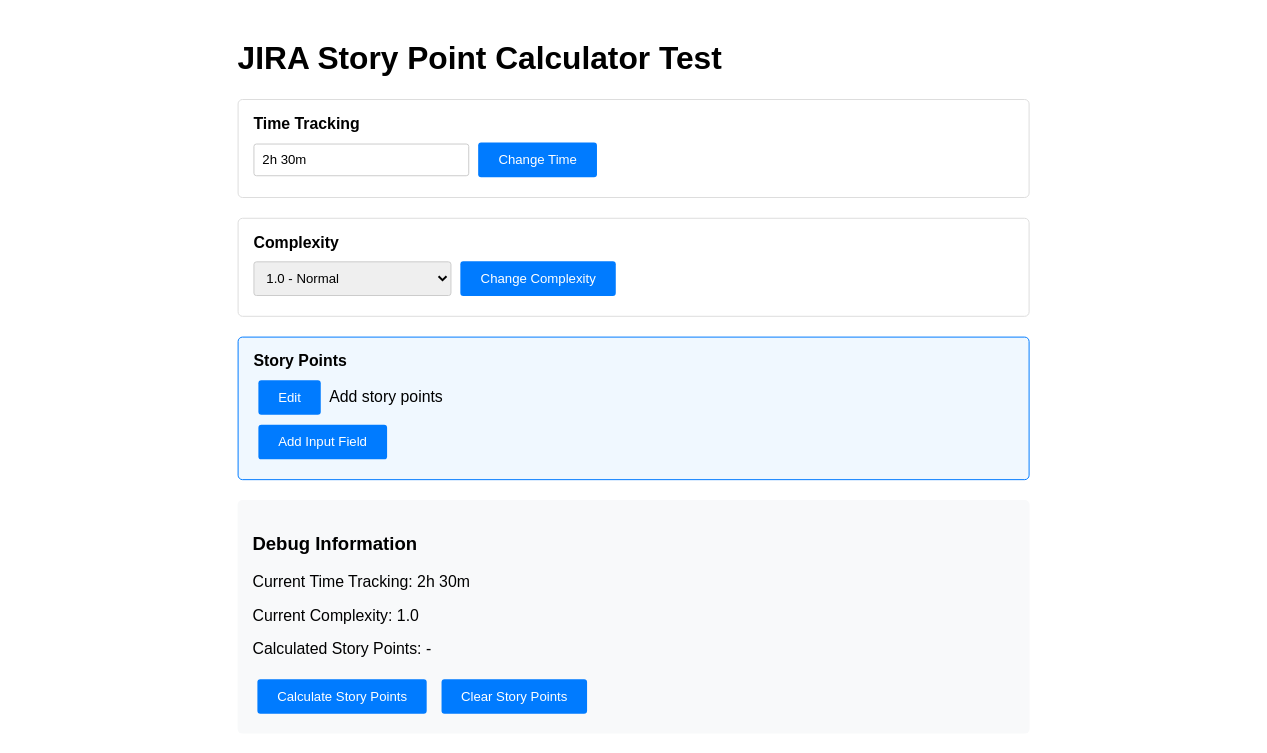
Repository: nirazanbasnet/jira-story-point-calculator
Page: test.html
These files come from the project's save history. The page is drawn as it stood at one moment and after the next save; the edit follows.
The browser window is 1280 px wide. The pictures show the whole page, at 99% of full size.

Above is the page before, as saved 2025-09-01 17:50:23.

After the next save:
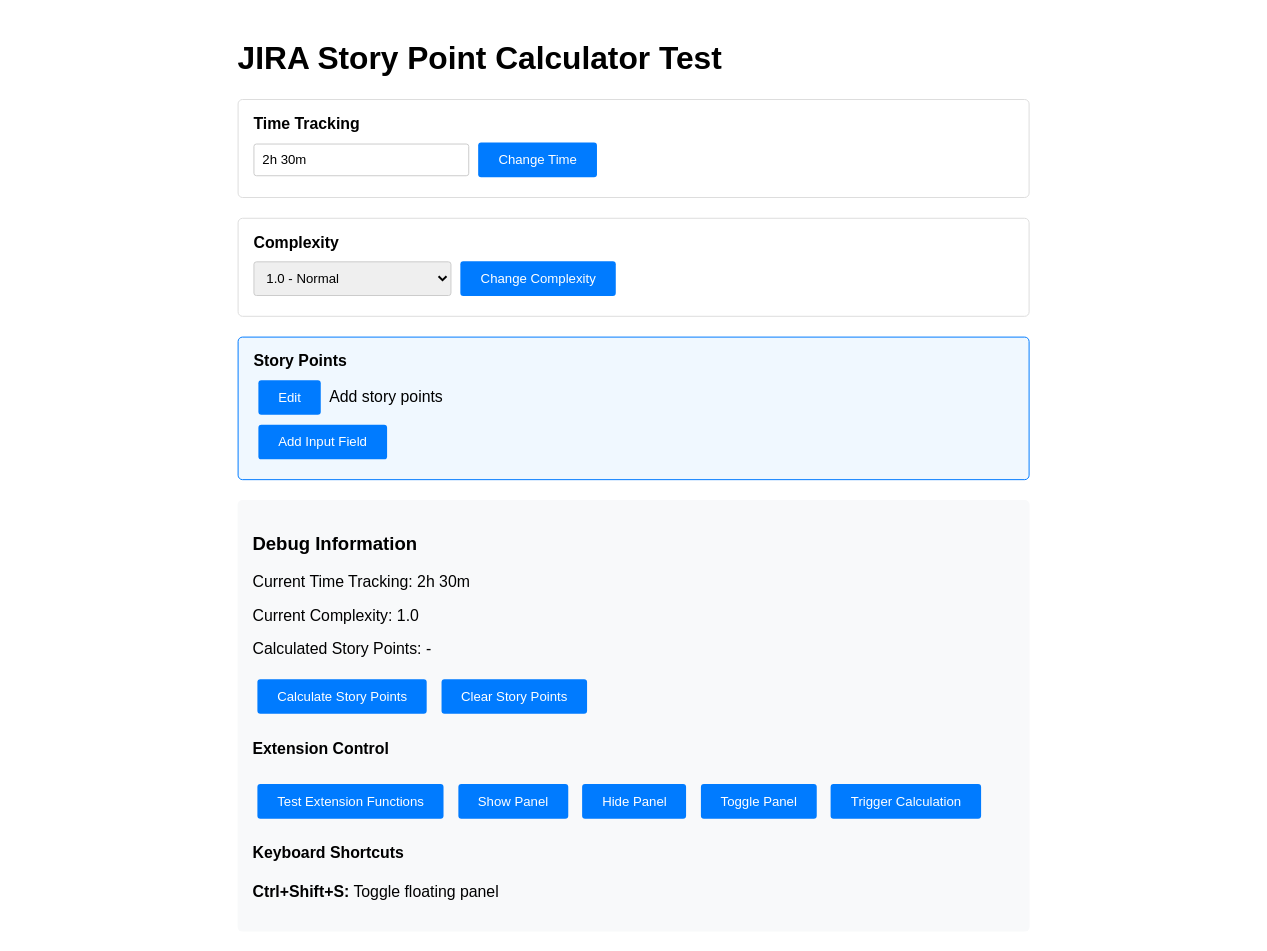
Saved 14 s later.
--- a/test.html
+++ b/test.html
@@ -104,6 +104,16 @@
         <p>Calculated Story Points: <span id="calculated-points">-</span></p>
         <button onclick="calculateStoryPoints()">Calculate Story Points</button>
         <button onclick="clearStoryPoints()">Clear Story Points</button>
+
+        <h4>Extension Control</h4>
+        <button onclick="testExtensionFunctions()">Test Extension Functions</button>
+        <button onclick="showPanel()">Show Panel</button>
+        <button onclick="hidePanel()">Hide Panel</button>
+        <button onclick="togglePanel()">Toggle Panel</button>
+        <button onclick="triggerCalculation()">Trigger Calculation</button>
+
+        <h4>Keyboard Shortcuts</h4>
+        <p><strong>Ctrl+Shift+S:</strong> Toggle floating panel</p>
     </div>
 
     <script>
